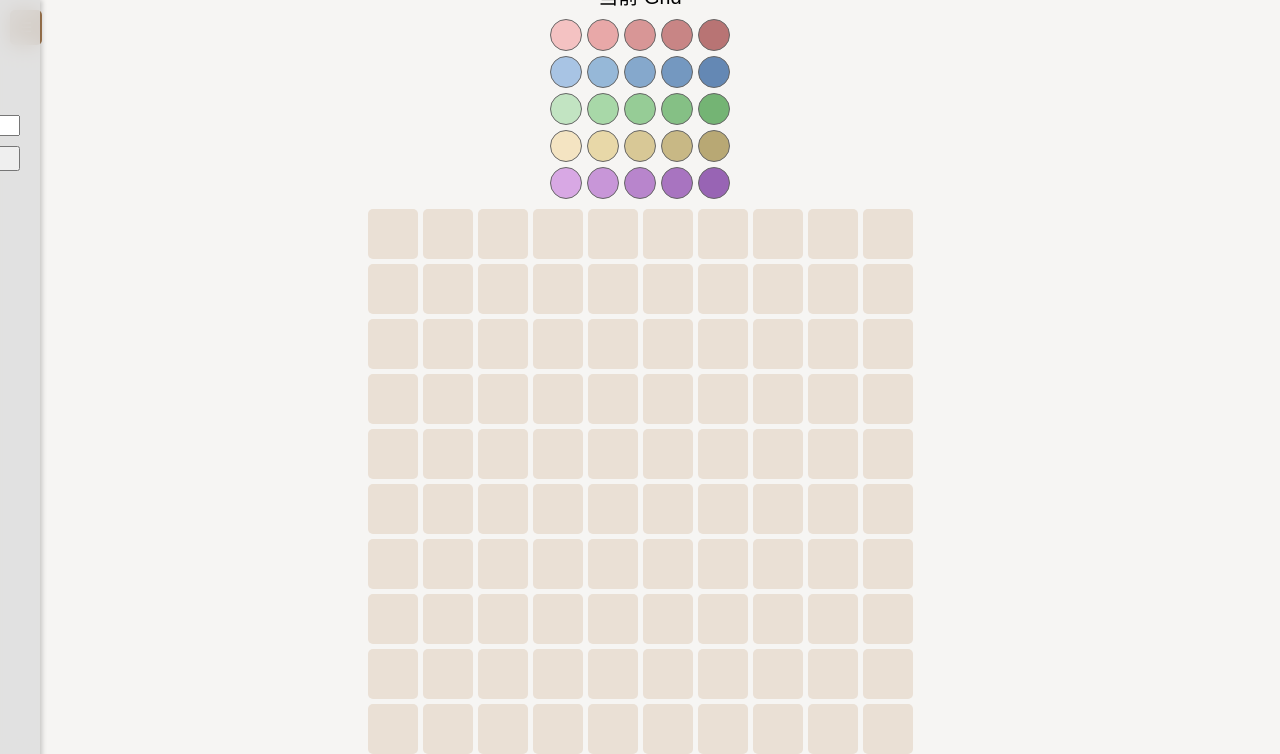
Repository: JemmaUZH/100-Hours
Page: index.html
These files come from the project's save history. The page is drawn as it stood at one moment and after the next save; the edit follows.
The browser window is 1280 px wide. The pictures show the whole page.
An inner scrolling area shows only its first screen.

Above is the page before, as saved 2025-02-26 12:08:34.

### index.html
<!DOCTYPE html>
<html lang="zh">
<head>
    <meta charset="UTF-8">
    <meta name="viewport" content="width=device-width, initial-scale=1.0">
    <title>艺术色彩填充格子</title>
    <style>
        body {
            display: flex;
            height: 100vh;
            background-color: #f6f5f3;
            margin: 0;
            font-family: Arial, sans-serif;
        }
        .sidebar {
            width: 250px;
            background: rgba(221, 221, 221, 0.85);
            padding: 20px;
            display: flex;
            flex-direction: column;
            gap: 10px;
            position: fixed;
            left: -250px;
            top: 0;
            height: 100vh;
            transition: left 0.3s ease-in-out;
            box-shadow: 2px 0 5px rgba(0, 0, 0, 0.2);
            backdrop-filter: blur(10px);
        }
        .sidebar.open {
            left: 0;
        }
        .toggle-btn {
            position: fixed;
            left: 10px;
            top: 10px;
            background: #a67c52;
            color: white;
            border: none;
            padding: 10px;
            cursor: pointer;
            border-radius: 5px;
        }
        .grid-container {
            flex: 1;
            display: flex;
            flex-direction: column;
            align-items: center;
            justify-content: center;
            padding: 20px;
        }
        .grid-title {
            font-size: 20px;
            margin-bottom: 10px;
        }
        .grid-title input {
            font-size: 20px;
            border: none;
            text-align: center;
            background: none;
            outline: none;
        }
        .color-picker {
            display: grid;
            grid-template-columns: repeat(5, 1fr);
            gap: 5px;
            margin-bottom: 10px;
        }
        .color-picker div {
            width: 30px;
            height: 30px;
            border-radius: 50%;
            cursor: pointer;
            border: 1px solid #666;
        }
        .grid {
            display: grid;
            grid-template-columns: repeat(10, 50px);
            grid-template-rows: repeat(10, 50px);
            gap: 5px;
        }
        .cell {
            width: 50px;
            height: 50px;
            background-color: #eae0d5;
            border-radius: 5px;
            transition: background-color 0.3s;
            cursor: pointer;
        }
    </style>
</head>
<body>
    <button class="toggle-btn" onclick="toggleSidebar()">☰</button>
    <div class="sidebar" id="sidebar">
        <h2>存储的 Grid</h2>
        <div id="gridList"></div>
        <input type="text" id="newGridName" placeholder="输入 Grid 名称">
        <button onclick="saveCurrentGrid()">保存当前 Grid</button>
    </div>
    <div class="grid-container">
        <h2 class="grid-title">
            <input type="text" id="gridTitle" value="当前 Grid">
        </h2>
        <div class="color-picker" id="colorPicker"></div>
        <div class="grid" id="grid"></div>
    </div>
    <script>
        function toggleSidebar() {
            document.getElementById("sidebar").classList.toggle("open");
        }

        const colors = [
            '#f4c2c2', '#e8a8a8', '#d89696', '#c88585', '#b87474',
            '#a8c4e4', '#96b8d8', '#85a8cc', '#7498c0', '#6488b4',
            '#c2e4c2', '#a8d8a8', '#96cc96', '#85c085', '#74b474',
            '#f4e4c2', '#e8d8a8', '#d8c896', '#c8b885', '#b8a874',
            '#d8a8e4', '#c896d8', '#b885cc', '#a874c0', '#9864b4'
        ];

        const colorPicker = document.getElementById("colorPicker");
        colors.forEach(color => {
            const colorDiv = document.createElement("div");
            colorDiv.style.background = color;
            colorDiv.onclick = () => document.documentElement.style.setProperty('--selected-color', color);
            colorPicker.appendChild(colorDiv);
        });

        const grid = document.getElementById("grid");
        const gridSize = 100;

        for (let i = 0; i < gridSize; i++) {
            const cell = document.createElement("div");
            cell.classList.add("cell");
            cell.addEventListener("click", () => {
                cell.style.backgroundColor = getComputedStyle(document.documentElement).getPropertyValue('--selected-color');
                saveCurrentGrid();
            });
            grid.appendChild(cell);
        }
    </script>
</body>
</html>

After the next save:
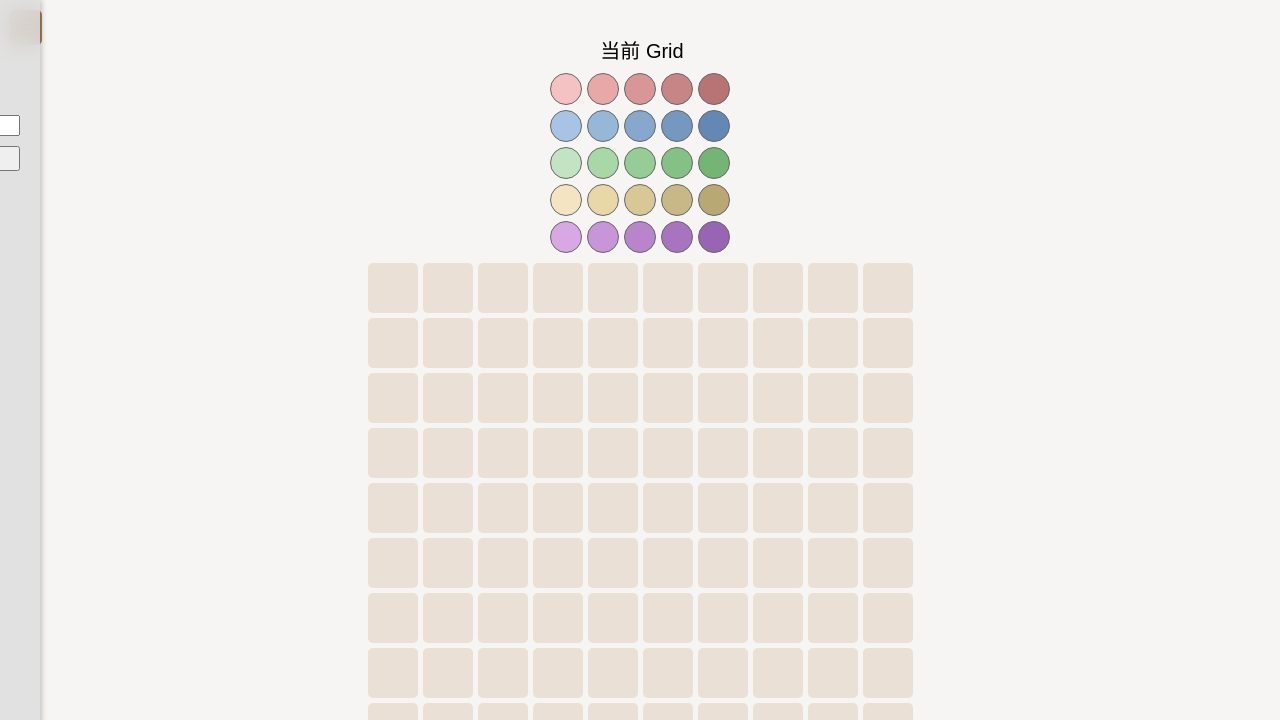
Saved 3 min 8 s later.
--- a/index.html
+++ b/index.html
@@ -11,6 +11,7 @@
             background-color: #f6f5f3;
             margin: 0;
             font-family: Arial, sans-serif;
+            overflow: hidden;
         }
         .sidebar {
             width: 250px;
@@ -46,12 +47,15 @@
             display: flex;
             flex-direction: column;
             align-items: center;
-            justify-content: center;
+            justify-content: flex-start;
             padding: 20px;
+            overflow: auto;
+            width: 100%;
         }
         .grid-title {
             font-size: 20px;
             margin-bottom: 10px;
+            text-align: center;
         }
         .grid-title input {
             font-size: 20px;
@@ -59,6 +63,7 @@
             text-align: center;
             background: none;
             outline: none;
+            width: 100%;
         }
         .color-picker {
             display: grid;
@@ -97,7 +102,7 @@
         <input type="text" id="newGridName" placeholder="输入 Grid 名称">
         <button onclick="saveCurrentGrid()">保存当前 Grid</button>
     </div>
-    <div class="grid-container">
+    <div class="grid-container" id="gridContainer">
         <h2 class="grid-title">
             <input type="text" id="gridTitle" value="当前 Grid">
         </h2>
@@ -137,6 +142,12 @@
             });
             grid.appendChild(cell);
         }
+
+        function focusOnTop() {
+            document.getElementById("gridContainer").scrollTop = 0;
+        }
+
+        window.addEventListener('resize', focusOnTop);
     </script>
 </body>
 </html>
